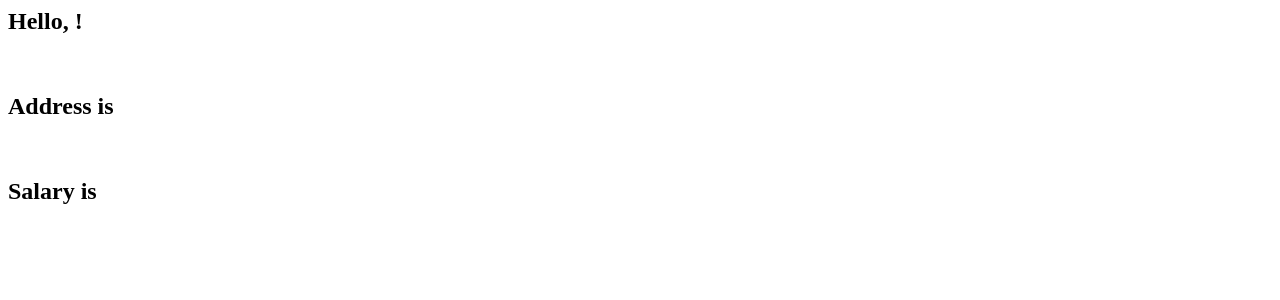
Repository: DhirajMG/ibm-fsd-000GLQ
Page: http://localhost/JSP_demo/response1.jsp
An editor plug-in stored every save of this project. The page is shown before and after the next save, followed by the edit.
The browser window is 1280 px wide. The pictures show the whole page.
The page is served by Tomcat 9.

Above is the page before, as saved 2019-08-29 07:09:03.

After the next save:
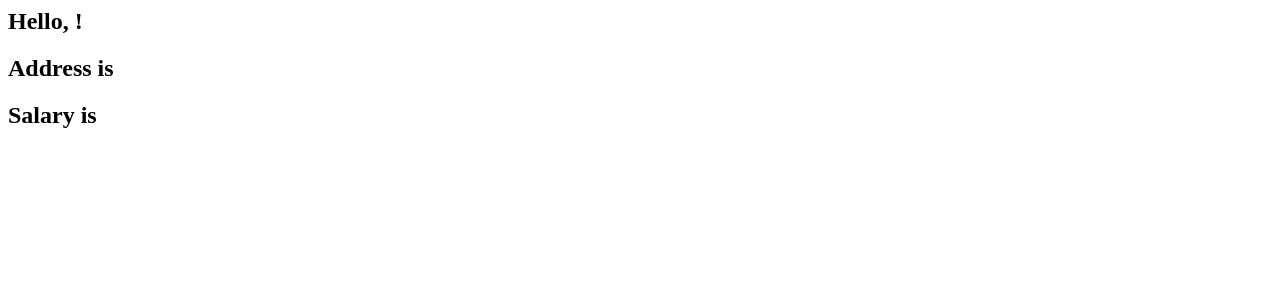
Saved 60 s later.
--- a/Java - 000GLQ/JSP_demo/WebContent/response1.jsp
+++ b/Java - 000GLQ/JSP_demo/WebContent/response1.jsp
@@ -1,3 +1,3 @@
-<h2><font color="black">Hello, ${param.name}!</font></h2><br>
-<h2><font color="black">Address is ${param.address}</font></h2><br>
+<h2><font color="black">Hello, ${param.name}!</font></h2>
+<h2><font color="black">Address is ${param.address}</font></h2>
 <h2><font color="black">Salary is ${param.salary}</font></h2>
